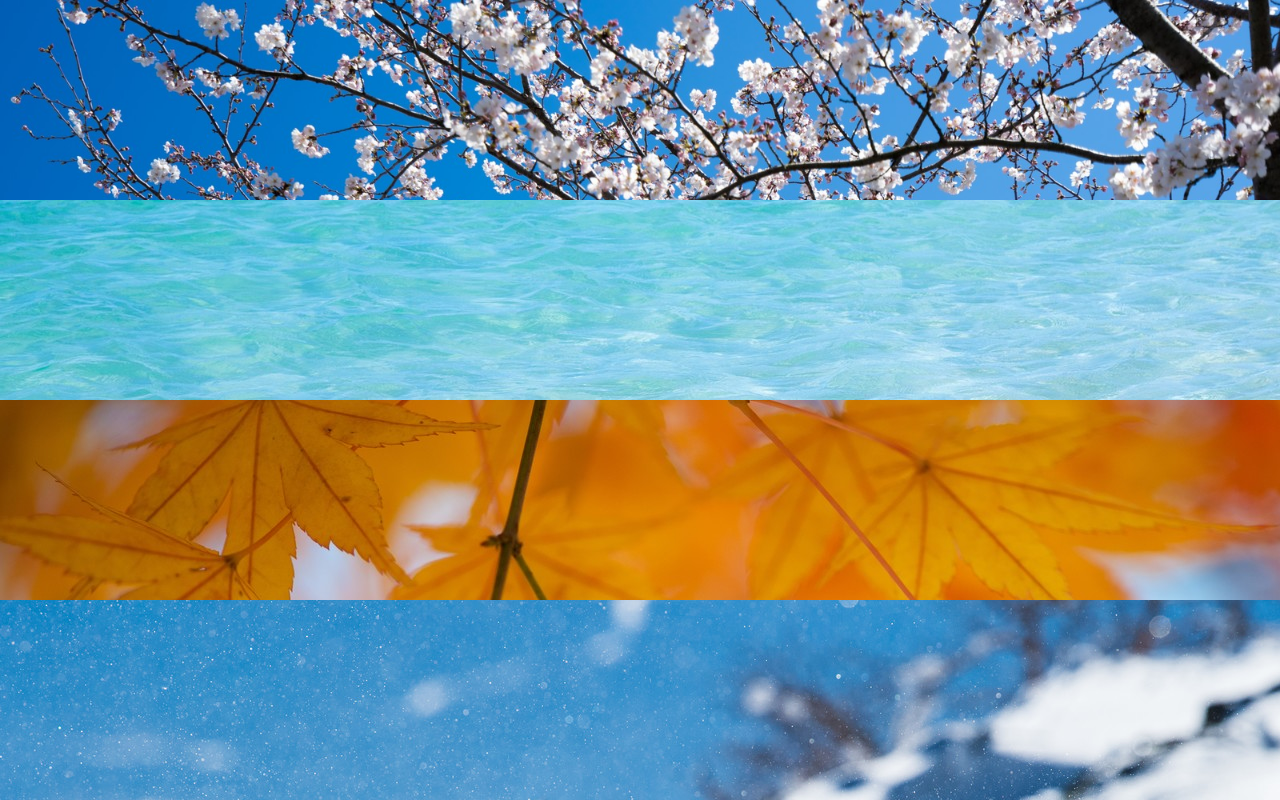
Repository: hayase-m/Webcamp
Page: chapter6/chapter6.html
The author's editor kept a record of every edit. The page is drawn from the files as they stood at one moment, then again after the next edit.
The browser window is 1280 px wide. The pictures show the whole page.

Above is the page before.

### chapter6/chapter6.html
<!DOCTYPE html>
<html lang="en">
<head>
  <meta charset="UTF-8">
  <link rel="stylesheet" href="style.css" type="text/css" />
  <title>Chapter6</title>
</head>
<body>
  <div class="image1"></div>
  <div class="image2"></div>
  <div class="image3"></div>
  <div class="image4"></div>
</body>
</html>

### chapter6/style.css
* {
  margin: 0;
  padding: 0;
  box-sizing: border-box;
}

.image1 {
  width: 100%;
  height: 200px;
  background-image: url(img/box1.jpg);
  background-size: cover;
}

.image2 {
  width: 100%;
  height: 200px;
  background-image: url(img/box2.jpg)
}

.image3 {
  width: 100%;
  height: 200px;
  background-image: url(img/box3.jpg)
}

.image4 {
  width: 100%;
  height: 200px;
  background-image: url(img/box4.jpg)
}

After the next edit:
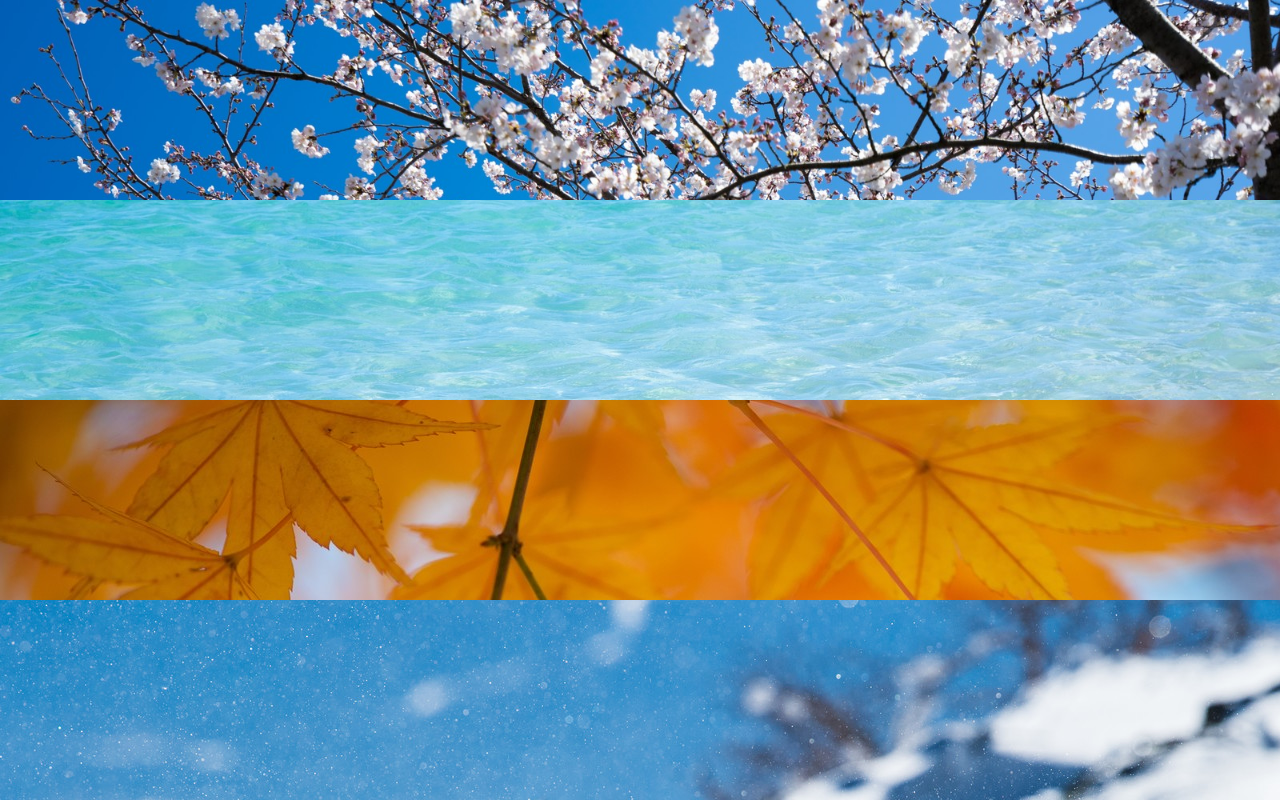
The edit:
--- a/chapter6/style.css
+++ b/chapter6/style.css
@@ -14,7 +14,8 @@
 .image2 {
   width: 100%;
   height: 200px;
-  background-image: url(img/box2.jpg)
+  background-image: url(img/box2.jpg);
+  background-size: cover;
 }
 
 .image3 {
